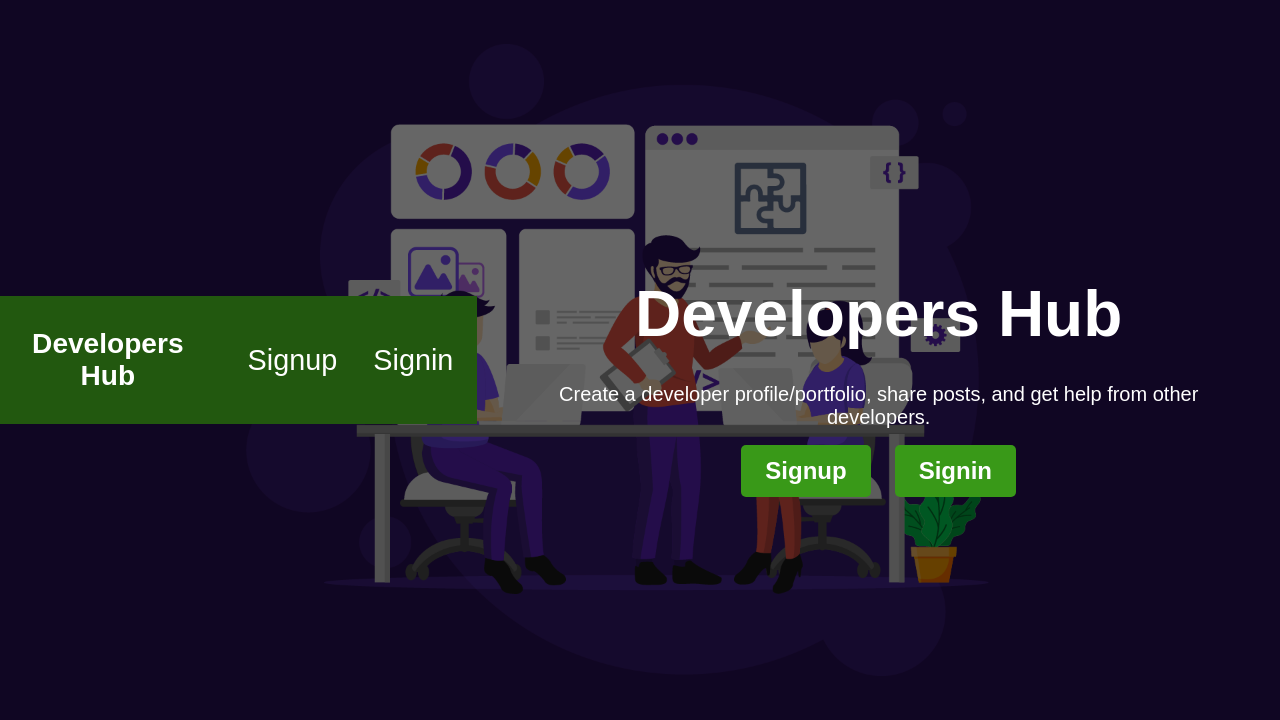
Repository: sayyad-mukthumsa-123/DevMania
Page: / (app in frontend/)
The author's editor kept a copy of each file at every save. The page is drawn from the files as they stood at one save, then again after the next save.
The browser window is 1280 px wide. The pictures show the whole page.
The project was rebuilt for these pictures with package versions that can differ from the ones it lists, and the page was loaded fresh each time. Also part of the build but not shown: frontend/src/pages/login.js, frontend/src/pages/register.js, frontend/src/pages/Allprofiles.js, frontend/src/pages/MyProfile.js, frontend/src/pages/Indprofile.js.

Above is the page before, as saved 2025-02-28 23:38:22.

### frontend/public/index.html
<!-- public/index.html -->
<!DOCTYPE html>
<html lang="en">
<head>
  <meta charset="UTF-8">
  <meta name="viewport" content="width=device-width, initial-scale=1.0">
  <title>Developers Hub</title>
  <link rel="stylesheet" href="https://cdnjs.cloudflare.com/ajax/libs/font-awesome/5.15.3/css/all.min.css">
</head>
<body>
  <div id="root"></div>
</body>
</html>

### frontend/src/App.js
import React from 'react'
import {BrowserRouter,Route,Routes} from 'react-router-dom'
import Home from './pages/Home'
import Login from './pages/login'
import Register from './pages/register'
import Allprofiles from './pages/Allprofiles'
import MyProfile from './pages/MyProfile'
import Indprofile from './pages/Indprofile'

const App = () => {
  return (
    <div>

      <BrowserRouter>
      <Routes>
        <Route path='/' exact Component={Home}/>
        <Route path='/login' exact Component={Login}/>
        <Route path='/register' exact Component={Register}/>
        <Route path='/allprofiles' exact Component={Allprofiles}/>
        <Route path='/myprofile' exact Component={MyProfile}/>
        <Route path='/indprofile/:fullname/:email/:skill/:id' exact Component={Indprofile}/>
      </Routes>
      </BrowserRouter>
    </div>
  )
}

export default App

### frontend/src/pages/Home.js
import React from 'react';
import { Link } from 'react-router-dom';
import '../styles/styles.css';  // Adjust the path based on your file structure
import Navbar from './Navbar';

const Home = () => {
  return (
    <>
      <section className='landing' >
        <div className='dark-overlay'>
        <Navbar />
          <div className='landing-inner'>

            <h1 className='x-large'>Developers Hub</h1>
            <p className='lead'>
              Create a developer profile/portfolio, share posts, and get help from other developers.
            </p>
            <div className='buttons'>
              <Link to="/register" className="btn btn-auth">Signup</Link>
              <Link to="/login" className="btn btn-auth">Signin</Link>
            </div>
          </div>
        </div>
      </section>
    </>
  );
}
export default Home;

### frontend/src/styles/styles.css
/* General reset */
body, html {
  margin: 0;
  padding: 0;
  font-family: Arial, sans-serif;
  width: 100%;
  min-height: 100vh;

}

/* Navbar styles */
.navbar {
  display: flex;
  justify-content: space-between;
  align-items: center;
  padding: 4px;
  font-size: x-large;
  background-color: #22580f
}

.navbar h1 a {
  color: #ffffff;
  text-decoration: none;
}

.navbar ul {
  list-style: none;
  display: flex;
  margin: 0;
  padding: 10px;
  font-size: larger;
}
.navbar ul li
{
  padding: 10px;
  transition: all 0.3s ease;
}
.navbar ul li:hover
{
  transform: scale(1.2);
}
.navbar ul li {
  margin-left: 1rem;
}

.navbar ul li a {
  color: #ffffff;
  text-decoration: none;
}

/* Landing page styles */
/* .landing {
  height: 100%;
  display: flex;
  align-items: center;
  justify-content: center;
  color: black;
  position: relative;
}

.dark-overlay {
  position: absolute;
  top: 0;
  left: 0;
  right: 0;
  bottom: 0;
}

.landing-inner {
  text-align: center;
  z-index: 2;
  position: relative;
}

.x-large {
  font-size: 4rem;
}

.lead {
  font-size: 1.5rem;
  margin-bottom: 2rem;
  color: black;
}

.buttons .btn ,.btn{
  margin: 3rem 2rem;
  padding: 0.75rem 1.25rem;
  border: none;
  border-radius: 5px;
  cursor: pointer;
  text-decoration: none;
  font-size: x-large;
  background-color:#399918 ;
  color: #ffffff;
}


.btn-auth {
  transition: all 0.3s ease;
}
.btn-auth:hover
{
  transform: scale(1.1);
} */

.landing {
  height: 100vh;
  display: flex;
  align-items: center;
  justify-content: center;
  color: white;
  position: relative;
  background: url('../images/home.png') no-repeat center center/cover;
  text-align: center;
}

.dark-overlay {
  position: absolute;
  top: 0;
  left: 0;
  right: 0;
  bottom: 0;
  background: rgba(0, 0, 0, 0.6); /* Dark overlay for better text visibility */
  display: flex;
  align-items: center;
  justify-content: center;
}

.landing-inner {
  text-align: center;
  z-index: 2;
  position: relative;
  padding: 2rem;
  max-width: 800px;
  display: flex;
  flex-direction: column;
  align-items: center;
  justify-content: center;
}

.x-large {
  font-size: 4rem;
  font-weight: bold;
  margin-bottom: 1rem;
}

.lead {
  font-size: 1.5rem;
  margin-bottom: 2rem;
}

.buttons {
  display: flex;
  justify-content: center;
  align-items: center;
  gap: 1.5rem;
}

.btn, .btn-auth {
  padding: 0.75rem 1.5rem;
  border: none;
  border-radius: 8px;
  cursor: pointer;
  text-decoration: none;
  font-size: 1.25rem;
  font-weight: bold;
  background-color: #399918;
  color: #ffffff;
  transition: all 0.3s ease;
}

.btn-auth:hover {
  transform: scale(1.1);
  background-color: #2e7d12;
}


/* Container styles */
.container {
  width: 700px;
  margin: 2rem auto;
  padding: 2rem;
  border: 2px solid #399918;
  color: black;
  border-radius: 8px;
  position: relative; /* To ensure proper z-index handling */
  z-index: 1; /* Ensures the container is above any background effects */
}

/* Form styles */
.form {


  display: flex;
  flex-direction: column;
}

.form-group {
  margin-bottom: 1.5rem;
}

.form-group input {
  width: 50%;
  padding: 0.75rem;
  font-size: 1rem;
  border: 1px solid black;
  border-radius: 5px;
  transition: border-color 0.3s ease-in-out, box-shadow 0.3s ease-in-out;
}

.form-group input:focus {
  border-color: #f6f7f9;
  box-shadow: 0 0 8px rgba(0, 123, 255, 0.3);
  outline: none;
}

.btn {
  display: inline-block;
  padding: 0.75rem 1.5rem;
  border: none;
  border-radius: 5px;
  cursor: pointer;
  text-decoration: none;
  font-size: 1.5rem;
  text-align: center;
}

/* .btn-primary {
  background-color: #007bff;
  color: #ffffff;
}

.btn-primary:hover {
  background-color: #0056b3;
  opacity: 0.9;
} */

/* .text-primary {
  color: #f6f8fb;
} */

.large {
  font-size: 2rem;
  margin-bottom: 1rem;
}

.lead {
  font-size: 1.25rem;
  margin-bottom: 1rem;
}

.error {
  color: red;
  margin-top: 1rem;
}

p {
  margin-top: 1rem;
}
.link-auth{
  color:#399918;
  text-decoration: none;
  cursor: pointer;
  padding-left:10px ;
  transition: all 0.3s ease;
  display: inline-block;
  font-size: large;
}
.link-auth:hover
{
  transform: scale(1.3);
}
/* Profiles styles */
.profiles {
  display: flex;
  flex-direction: column;
  gap: 1rem;
}

.profile {
  background-color: #f4f4f4;
  padding: 1rem;
  display: flex;
  align-items: center;
  border: 1px solid #ccc;
  box-shadow: 0 4px 8px rgba(0, 0, 0, 0.1);
  border-radius: 5px;
  margin-bottom: 1rem;
}

.profile .round-img {
  width: 100px;
  border-radius: 50%;
  margin-right: 1rem;
}

.profile-info {
  flex: 1;
}

.profile-info h2 {
  margin: 0 0 0.5rem 0;
}

.profile-info p {
  margin: 0.5rem 0;
}

.profile-info .btn {
  display: inline-block;
  background-color:#399918;
  color: #fff;
  padding: 0.5rem 1rem;
  text-decoration: none;
  border-radius: 0.25rem;
  margin-top: 0.5rem;
  transition: all 0.3s ease;
}

.profile-info .btn:hover {
  transform: scale(1.1);
  background-color:#399918;
}

.profile-skills {
  list-style: none;
  padding: 0;
  display: flex;
  flex-direction: column;
  gap: 0.5rem;
  margin-left: 1rem;
  color: black;
}

.profile-skills li {
  display: flex;
  align-items: center;
  color:greenyellow;
}

.profile-skills li i {
  margin-right: 0.5rem;
}

/* GitHub Section */
.profile-github {
  margin-top: 1rem;
}

.profile-github h2 {
  margin-bottom: 1rem;
}

.repo {
  background: #fff;
  padding: 1rem;
  margin-bottom: 1rem;
  border: 1px solid #ccc;
}

.repo h4 {
  margin: 0.5rem 0;
}

.repo p {
  margin: 0.5rem 0;
}

/* Form */
.form {
  margin-top: 1rem;
}

.form-group {
  margin-bottom: 1rem;
}

.form-group input {
  width: 100%;
  padding: 0.5rem;
  border: 1px solid #ccc;
  border-radius: 0.25rem;
}

.form-group input:focus {
  border-color: #007bff;
  outline: none;
}

/* .btn-primary {
  background: #007bff;
  color: #fff;
  border: none;
  padding: 0.5rem 1rem;
  cursor: pointer;
}

.btn-primary:hover {
  background: #0056b3;
} */

/* Profile Grid */
.profile-grid {
  display: grid;
  grid-template-columns: 1fr;
  grid-gap: 1rem;
  margin-top: 1rem;
}

.profile-top {
  background: #0a0a0a;
  color: #fff;
  padding: 1rem;
  text-align: center;
}

.profile-top img {
  width: 150px;
  border-radius: 50%;
}

.profile-top h1 {
  margin: 0.5rem 0;
}

.profile-top p {
  margin: 0.5rem 0;
}
a{
  color:aqua
}
 .white-text {
  color: black;
}
 .skill-text {
  /* background-color: #5e585c16;  */
  color: #c51414;
  padding: 10px 15px;
  border-radius: 5px;
  display: flex;
  align-items: center;
  font-size: 16px;
  margin-top: 2px;
  /* box-shadow: 0 2px 4px rgba(0, 0, 0, 0.1);  */
}


.skill-text i {
  color: #28a745;
  margin-right: 30px;
}
.taskprovider
{
  color:#28a745;
  text-decoration: none;
  font-size: xx-large;
}

### frontend/src/pages/Navbar.js
import React from 'react';
import { Link } from 'react-router-dom';
import '../styles/styles.css';
const Navbar = () => {
  return (
    <div>
        <nav className="navbar bg-dark">
        <h1>
          <Link to='/'> Developers Hub</Link>
        </h1>
        <ul>
          <li><Link to="/register">Signup</Link></li>
          <li><Link to="/login">Signin</Link></li>
        </ul>
      </nav>
    </div>
  )
}

export default Navbar

Loaded but not shown: frontend/src/index.js (common file); frontend/src/index.css (common file); frontend/src/reportWebVitals.js (common file)

After the next save:
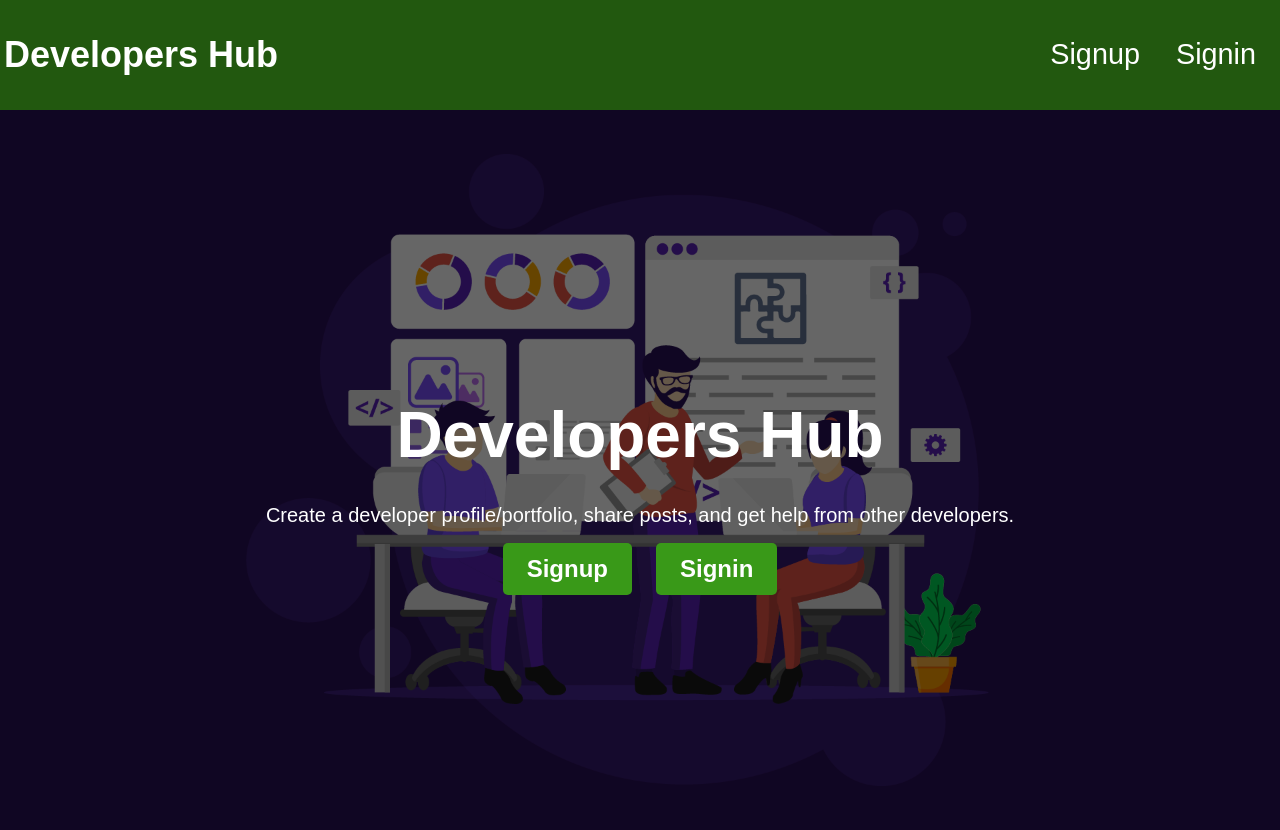
Saved 76 s later.
--- a/frontend/src/pages/Home.js
+++ b/frontend/src/pages/Home.js
@@ -3,14 +3,36 @@ import { Link } from 'react-router-dom';
 import '../styles/styles.css';  // Adjust the path based on your file structure
 import Navbar from './Navbar';
 
+// const Home = () => {
+//   return (
+//     <>
+//       <section className='landing' >
+//         <div className='dark-overlay'>
+//         <Navbar />
+//           <div className='landing-inner'>
+
+//             <h1 className='x-large'>Developers Hub</h1>
+//             <p className='lead'>
+//               Create a developer profile/portfolio, share posts, and get help from other developers.
+//             </p>
+//             <div className='buttons'>
+//               <Link to="/register" className="btn btn-auth">Signup</Link>
+//               <Link to="/login" className="btn btn-auth">Signin</Link>
+//             </div>
+//           </div>
+//         </div>
+//       </section>
+//     </>
+//   );
+// }
+
 const Home = () => {
   return (
     <>
-      <section className='landing' >
+      <Navbar /> {/* Keep Navbar outside of dark-overlay */}
+      <section className='landing'>
         <div className='dark-overlay'>
-        <Navbar />
           <div className='landing-inner'>
-
             <h1 className='x-large'>Developers Hub</h1>
             <p className='lead'>
               Create a developer profile/portfolio, share posts, and get help from other developers.
